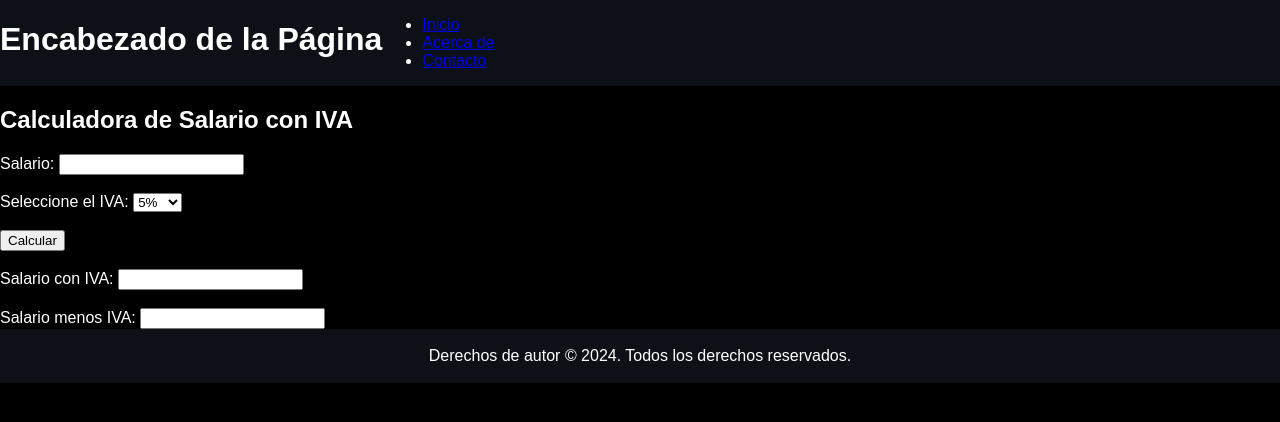
Repository: Support-Soft-Solutions/Proyecto-Final-Continuidad
Page: test.html
The author's editor kept a record of every edit. The page is drawn from the files as they stood at one moment, then again after the next edit.
The browser window is 1280 px wide. The pictures show the whole page.

Above is the page before.

After the next edit:
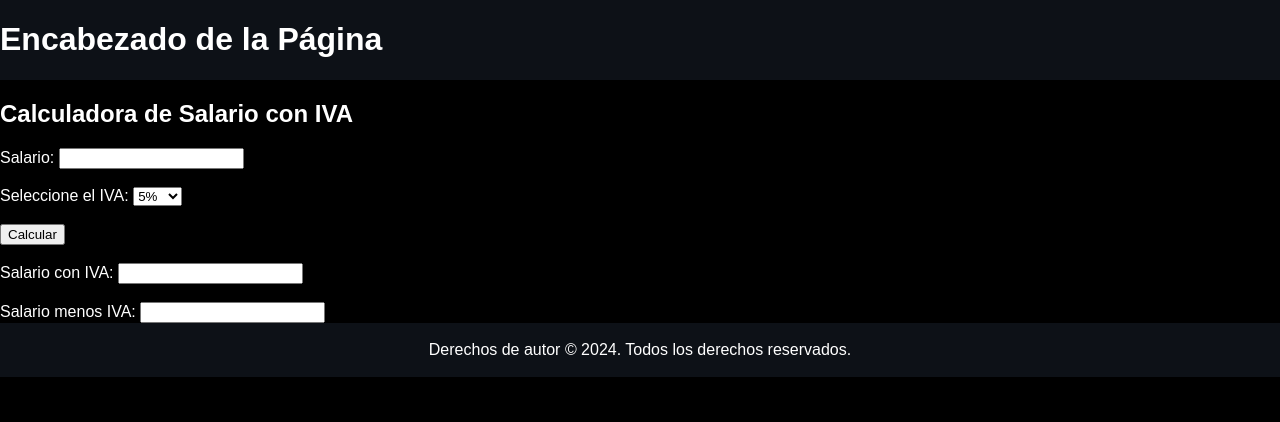
The edit:
--- a/test.html
+++ b/test.html
@@ -12,13 +12,6 @@
 <body>
     <header>
         <h1>Encabezado de la Página</h1>
-        <nav>
-            <ul>
-                <li><a href="#">Inicio</a></li>
-                <li><a href="#">Acerca de</a></li>
-                <li><a href="#">Contacto</a></li>
-            </ul>
-        </nav>
     </header>
 
     <main>
